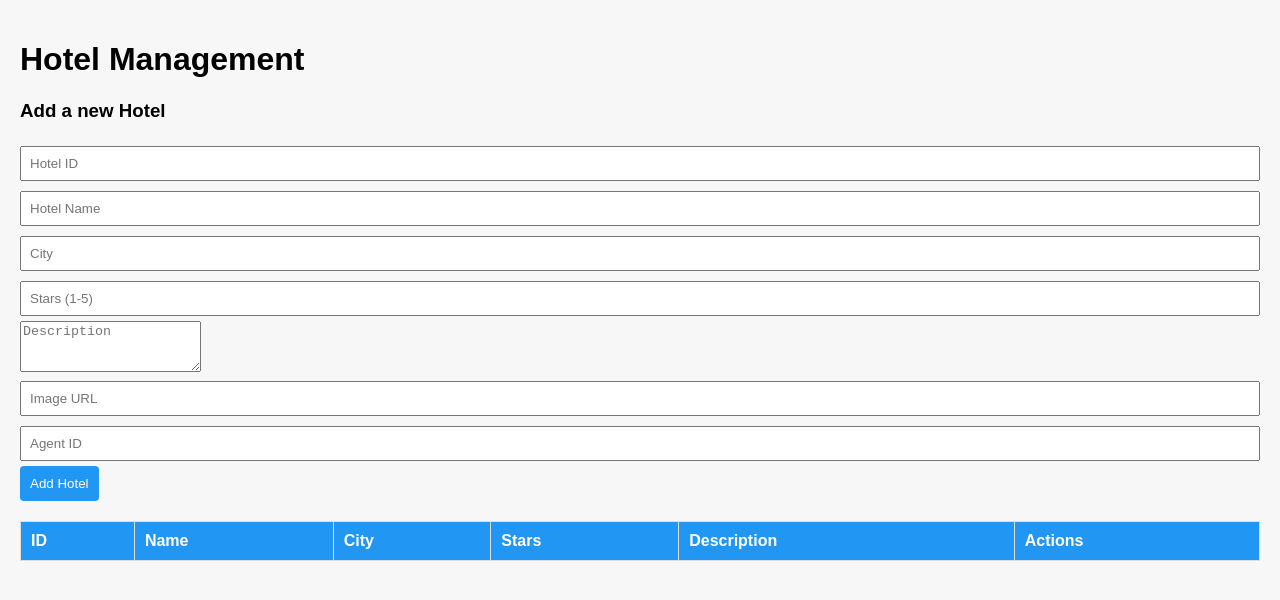
Repository: Trikisalem/examentp_jakarta
Page: http://localhost/hotel/admin/hotel.jsp
An editor plug-in stored every save of this project. The page is shown before and after the next save, followed by the edit.
The browser window is 1280 px wide. The pictures show the whole page.
The page is served by Tomcat 10. Nobody is signed in. The application's start-up code is not run. Other server files are loaded and not shown. Queries for data that is not in the repository find no rows.

Above is the page before, as saved 2024-12-17 09:50:34.

### hotel/src/main/webapp/admin/hotel.jsp
<%@ page language="java" contentType="text/html; charset=UTF-8" pageEncoding="UTF-8"%>
<%@ page import="java.sql.*" %>
<%@ page import="java.util.*" %>
<!DOCTYPE html>
<html lang="en">
<head>
    <meta charset="UTF-8">
    <meta name="viewport" content="width=device-width, initial-scale=1.0">
    <title>Hotel Management</title>
    <style>
        body {
            font-family: 'Arial', sans-serif;
            background-color: #f7f7f7;
            margin: 0;
            padding: 20px;
        }
        table {
            width: 100%;
            border-collapse: collapse;
            margin: 20px 0;
        }
        th, td {
            padding: 10px;
            text-align: left;
            border: 1px solid #ddd;
        }
        th {
            background-color: #2196F3;
            color: white;
        }
        .btn {
            padding: 8px 12px;
            background-color: #2196F3;
            color: white;
            text-decoration: none;
            border-radius: 4px;
            margin-right: 5px;
        }
        .btn:hover {
            background-color: #0b7dda;
        }
        .form-container {
            margin: 20px 0;
        }
        .form-container input {
            margin: 5px 0;
            padding: 8px;
            width: 100%;
            box-sizing: border-box;
        }
        .form-container button {
            background-color: #2196F3;
            color: white;
            padding: 10px;
            border: none;
            border-radius: 4px;
            cursor: pointer;
        }
        .form-container button:hover {
            background-color: #0b7dda;
        }
    </style>
    <script>
        function showAlert(message) {
            alert(message);
        }
    </script>
</head>
<body>

<h1>Hotel Management</h1>

<!-- Formulaire pour ajouter un hôtel -->
<div class="form-container">
    <form method="post" action="hotel.jsp">
        <h3>Add a new Hotel</h3>
        <input type="number" name="id" placeholder="Hotel ID" required> <!-- Nouveau champ ID -->
        <input type="text" name="name" placeholder="Hotel Name" required>
        <input type="text" name="city" placeholder="City" required>
        <input type="number" name="stars" placeholder="Stars (1-5)" min="1" max="5" required>
        <textarea name="description" placeholder="Description" rows="3" required></textarea>
        <input type="text" name="image" placeholder="Image URL" required>
        <input type="number" name="agent_id" placeholder="Agent ID">

        <button type="submit">Add Hotel</button>
    </form>
</div>

<%
    if ("POST".equalsIgnoreCase(request.getMethod())) {
        String idStr = request.getParameter("id");
        String name = request.getParameter("name");
        String city = request.getParameter("city");
        String starsStr = request.getParameter("stars");
        String description = request.getParameter("description");
        String image = request.getParameter("image");
        String agentIdStr = request.getParameter("agent_id");

        if (idStr == null || idStr.trim().isEmpty()) {
            out.println("<p>Error: Hotel ID is required.</p>");
            return;
        }

        int id = Integer.parseInt(idStr);
        int stars = Integer.parseInt(starsStr);
        int agentId = (agentIdStr != null && !agentIdStr.trim().isEmpty()) ? Integer.parseInt(agentIdStr) : 0;

        String url = "jdbc:mysql://localhost:3306/hotel_management";
        String user = "root";
        String password = "triki";
        Connection conn = null;
        PreparedStatement stmt = null;

        try {
            Class.forName("com.mysql.cj.jdbc.Driver");
            conn = DriverManager.getConnection(url, user, password);

            String insertQuery = "INSERT INTO Hotel (id, name, city, stars, description, image, agent_id) VALUES (?, ?, ?, ?, ?, ?, ?)";
            stmt = conn.prepareStatement(insertQuery);
            stmt.setInt(1, id);
            stmt.setString(2, name);
            stmt.setString(3, city);
            stmt.setInt(4, stars);
            stmt.setString(5, description);
            stmt.setString(6, image);
            stmt.setInt(7, agentId);

            int result = stmt.executeUpdate();
            if (result > 0) {
                out.println("<script>showAlert('Hotel added successfully!');</script>");
            } else {
                out.println("<p>Error adding hotel.</p>");
            }

        } catch (Exception e) {
            e.printStackTrace();
            out.println("<p>Error: " + e.getMessage() + "</p>");
        } finally {
            if (stmt != null) try { stmt.close(); } catch (SQLException e) {}
            if (conn != null) try { conn.close(); } catch (SQLException e) {}
        }
    }
%>

<!-- Table pour afficher et gérer les hôtels -->
<table>
    <thead>
        <tr>
            <th>ID</th>
            <th>Name</th>
            <th>City</th>
            <th>Stars</th>
            <th>Description</th>
            <th>Actions</th>
        </tr>
    </thead>
    <tbody>
        <%
            // Connexion à la base de données
            String url = "jdbc:mysql://localhost:3306/hotel_management";
            String user = "root";
            String password = "triki";

            Connection conn = null;
            PreparedStatement stmt = null;
            ResultSet rs = null;

            try {
                Class.forName("com.mysql.cj.jdbc.Driver");
                conn = DriverManager.getConnection(url, user, password);

                // Récupérer la liste des hôtels
                String query = "SELECT * FROM Hotel";
                stmt = conn.prepareStatement(query);
                rs = stmt.executeQuery();

                while (rs.next()) {
                    int id = rs.getInt("id");
                    String name = rs.getString("name");
                    String city = rs.getString("city");
                    int stars = rs.getInt("stars");
                    String description = rs.getString("description");

        %>
        <tr>
            <td><%= id %></td>
            <td><%= name %></td>
            <td><%= city %></td>
            <td><%= stars %></td>
            <td><%= description %></td>
            <td>
                <a href="editHotel.jsp?id=<%= id %>" class="btn">Edit</a>
                <a href="deleteHotel.jsp?id=<%= id %>" class="btn">Delete</a>
            </td>
        </tr>
        <%
                }
            } catch (Exception e) {
                e.printStackTrace();
            } finally {
                if (rs != null) rs.close();
                if (stmt != null) stmt.close();
                if (conn != null) conn.close();
            }
        %>
    </tbody>
</table>

</body>
</html>

After the next save:
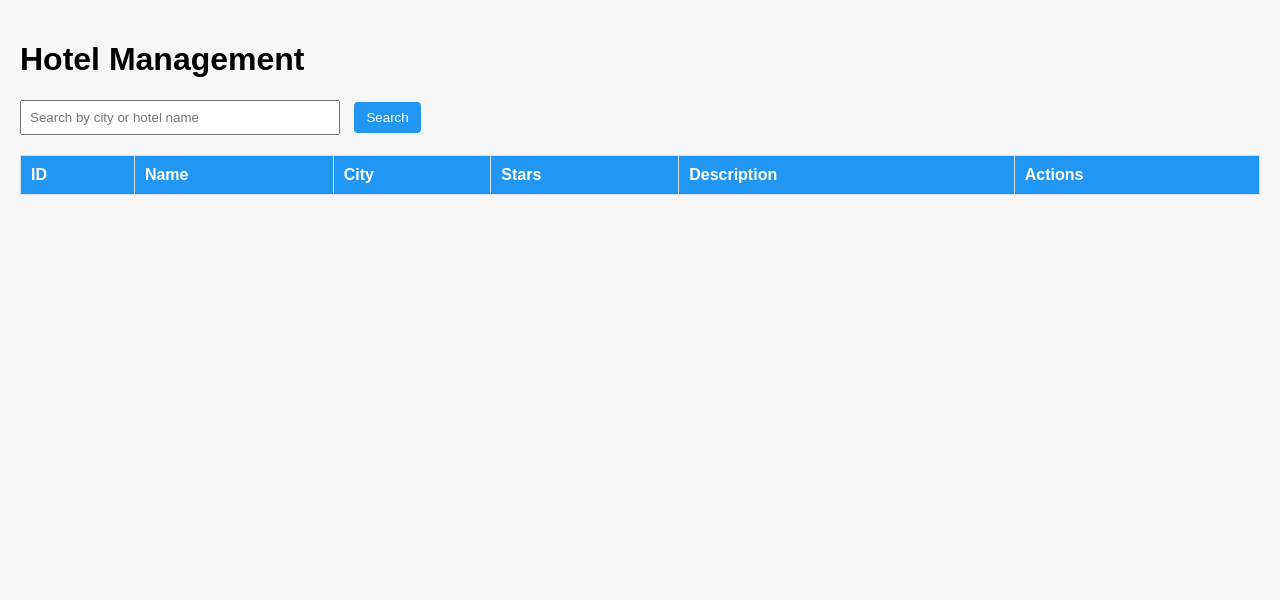
Saved 13 min 23 s later.
--- a/hotel/src/main/webapp/admin/hotel.jsp
+++ b/hotel/src/main/webapp/admin/hotel.jsp
@@ -1,6 +1,5 @@
 <%@ page language="java" contentType="text/html; charset=UTF-8" pageEncoding="UTF-8"%>
 <%@ page import="java.sql.*" %>
-<%@ page import="java.util.*" %>
 <!DOCTYPE html>
 <html lang="en">
 <head>
@@ -39,108 +38,38 @@
         .btn:hover {
             background-color: #0b7dda;
         }
-        .form-container {
+        .form-container, .search-container {
             margin: 20px 0;
         }
-        .form-container input {
-            margin: 5px 0;
+        .search-container input {
             padding: 8px;
-            width: 100%;
-            box-sizing: border-box;
+            width: 300px;
+            margin-right: 10px;
         }
-        .form-container button {
+        .search-container button {
+            padding: 8px 12px;
             background-color: #2196F3;
             color: white;
-            padding: 10px;
             border: none;
             border-radius: 4px;
             cursor: pointer;
         }
-        .form-container button:hover {
+        .search-container button:hover {
             background-color: #0b7dda;
         }
     </style>
-    <script>
-        function showAlert(message) {
-            alert(message);
-        }
-    </script>
 </head>
 <body>
 
 <h1>Hotel Management</h1>
 
-<!-- Formulaire pour ajouter un hôtel -->
-<div class="form-container">
-    <form method="post" action="hotel.jsp">
-        <h3>Add a new Hotel</h3>
-        <input type="number" name="id" placeholder="Hotel ID" required> <!-- Nouveau champ ID -->
-        <input type="text" name="name" placeholder="Hotel Name" required>
-        <input type="text" name="city" placeholder="City" required>
-        <input type="number" name="stars" placeholder="Stars (1-5)" min="1" max="5" required>
-        <textarea name="description" placeholder="Description" rows="3" required></textarea>
-        <input type="text" name="image" placeholder="Image URL" required>
-        <input type="number" name="agent_id" placeholder="Agent ID">
-
-        <button type="submit">Add Hotel</button>
+<!-- Barre de recherche -->
+<div class="search-container">
+    <form method="get" action="hotel.jsp">
+        <input type="text" name="search" placeholder="Search by city or hotel name" value="<%= request.getParameter("search") != null ? request.getParameter("search") : "" %>">
+        <button type="submit">Search</button>
     </form>
 </div>
-
-<%
-    if ("POST".equalsIgnoreCase(request.getMethod())) {
-        String idStr = request.getParameter("id");
-        String name = request.getParameter("name");
-        String city = request.getParameter("city");
-        String starsStr = request.getParameter("stars");
-        String description = request.getParameter("description");
-        String image = request.getParameter("image");
-        String agentIdStr = request.getParameter("agent_id");
-
-        if (idStr == null || idStr.trim().isEmpty()) {
-            out.println("<p>Error: Hotel ID is required.</p>");
-            return;
-        }
-
-        int id = Integer.parseInt(idStr);
-        int stars = Integer.parseInt(starsStr);
-        int agentId = (agentIdStr != null && !agentIdStr.trim().isEmpty()) ? Integer.parseInt(agentIdStr) : 0;
-
-        String url = "jdbc:mysql://localhost:3306/hotel_management";
-        String user = "root";
-        String password = "triki";
-        Connection conn = null;
-        PreparedStatement stmt = null;
-
-        try {
-            Class.forName("com.mysql.cj.jdbc.Driver");
-            conn = DriverManager.getConnection(url, user, password);
-
-            String insertQuery = "INSERT INTO Hotel (id, name, city, stars, description, image, agent_id) VALUES (?, ?, ?, ?, ?, ?, ?)";
-            stmt = conn.prepareStatement(insertQuery);
-            stmt.setInt(1, id);
-            stmt.setString(2, name);
-            stmt.setString(3, city);
-            stmt.setInt(4, stars);
-            stmt.setString(5, description);
-            stmt.setString(6, image);
-            stmt.setInt(7, agentId);
-
-            int result = stmt.executeUpdate();
-            if (result > 0) {
-                out.println("<script>showAlert('Hotel added successfully!');</script>");
-            } else {
-                out.println("<p>Error adding hotel.</p>");
-            }
-
-        } catch (Exception e) {
-            e.printStackTrace();
-            out.println("<p>Error: " + e.getMessage() + "</p>");
-        } finally {
-            if (stmt != null) try { stmt.close(); } catch (SQLException e) {}
-            if (conn != null) try { conn.close(); } catch (SQLException e) {}
-        }
-    }
-%>
 
 <!-- Table pour afficher et gérer les hôtels -->
 <table>
@@ -165,13 +94,23 @@
             PreparedStatement stmt = null;
             ResultSet rs = null;
 
+            String searchParam = request.getParameter("search");
+            String query = "SELECT * FROM Hotel";
+
             try {
                 Class.forName("com.mysql.cj.jdbc.Driver");
                 conn = DriverManager.getConnection(url, user, password);
 
-                // Récupérer la liste des hôtels
-                String query = "SELECT * FROM Hotel";
-                stmt = conn.prepareStatement(query);
+                // Ajouter une condition WHERE si une recherche est effectuée
+                if (searchParam != null && !searchParam.trim().isEmpty()) {
+                    query += " WHERE name LIKE ? OR city LIKE ?";
+                    stmt = conn.prepareStatement(query);
+                    stmt.setString(1, "%" + searchParam + "%");
+                    stmt.setString(2, "%" + searchParam + "%");
+                } else {
+                    stmt = conn.prepareStatement(query);
+                }
+
                 rs = stmt.executeQuery();
 
                 while (rs.next()) {
@@ -180,7 +119,6 @@
                     String city = rs.getString("city");
                     int stars = rs.getInt("stars");
                     String description = rs.getString("description");
-
         %>
         <tr>
             <td><%= id %></td>
@@ -197,10 +135,11 @@
                 }
             } catch (Exception e) {
                 e.printStackTrace();
+                out.println("<p>Error: " + e.getMessage() + "</p>");
             } finally {
-                if (rs != null) rs.close();
-                if (stmt != null) stmt.close();
-                if (conn != null) conn.close();
+                if (rs != null) try { rs.close(); } catch (SQLException e) {}
+                if (stmt != null) try { stmt.close(); } catch (SQLException e) {}
+                if (conn != null) try { conn.close(); } catch (SQLException e) {}
             }
         %>
     </tbody>
